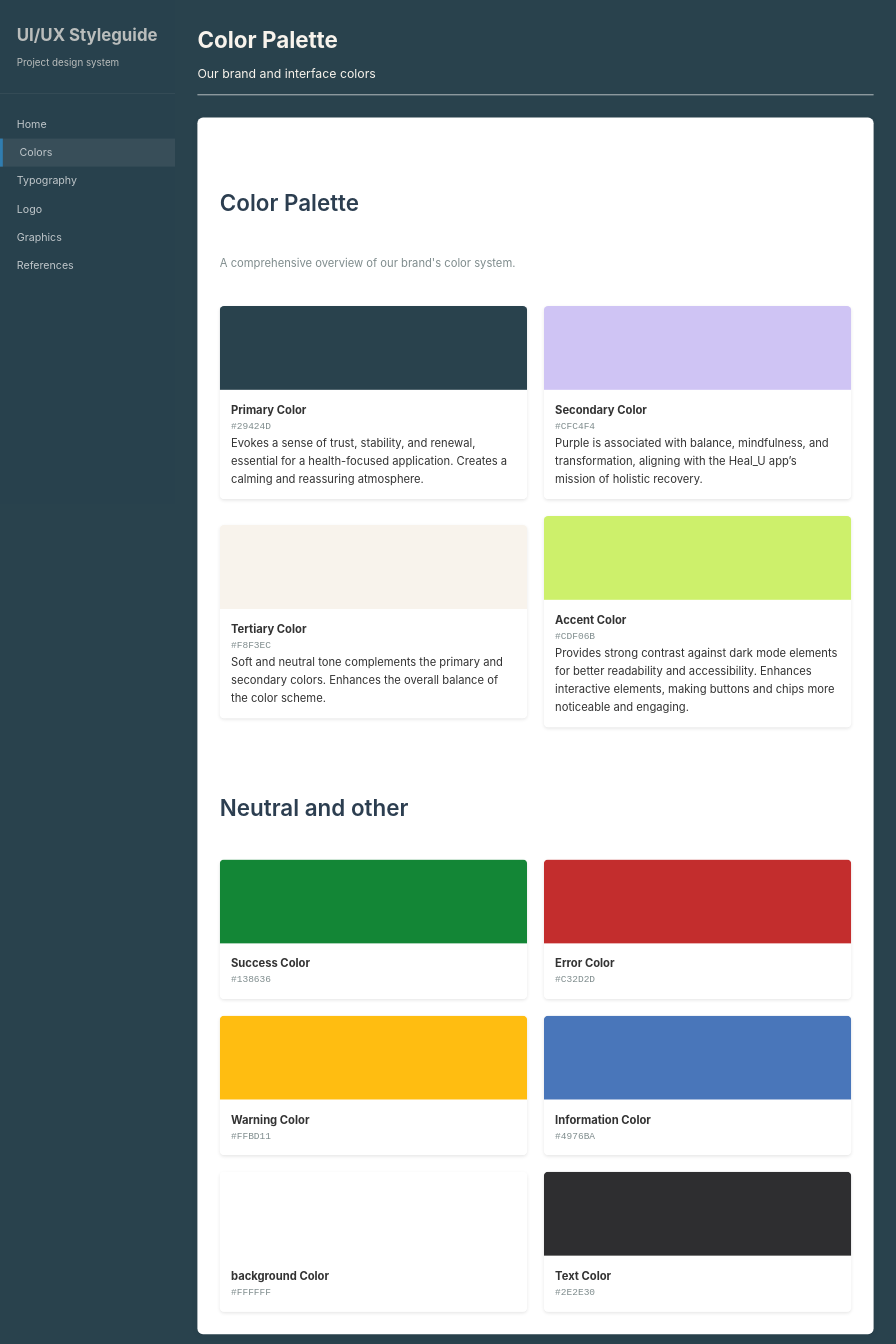
Repository: rosielee09/Heal_U
Page: colors.html
These files come from the project's save history. The page is drawn as it stood at one moment and after the next save; the edit follows.
The browser window is 1280 px wide. The pictures show the part of the page from y = 0 to 1920 px (the page is 4806 px tall before and 4901 px after), at 70% of full size.

Above is the page before, as saved 2025-04-06 10:42:11.

After the next save:
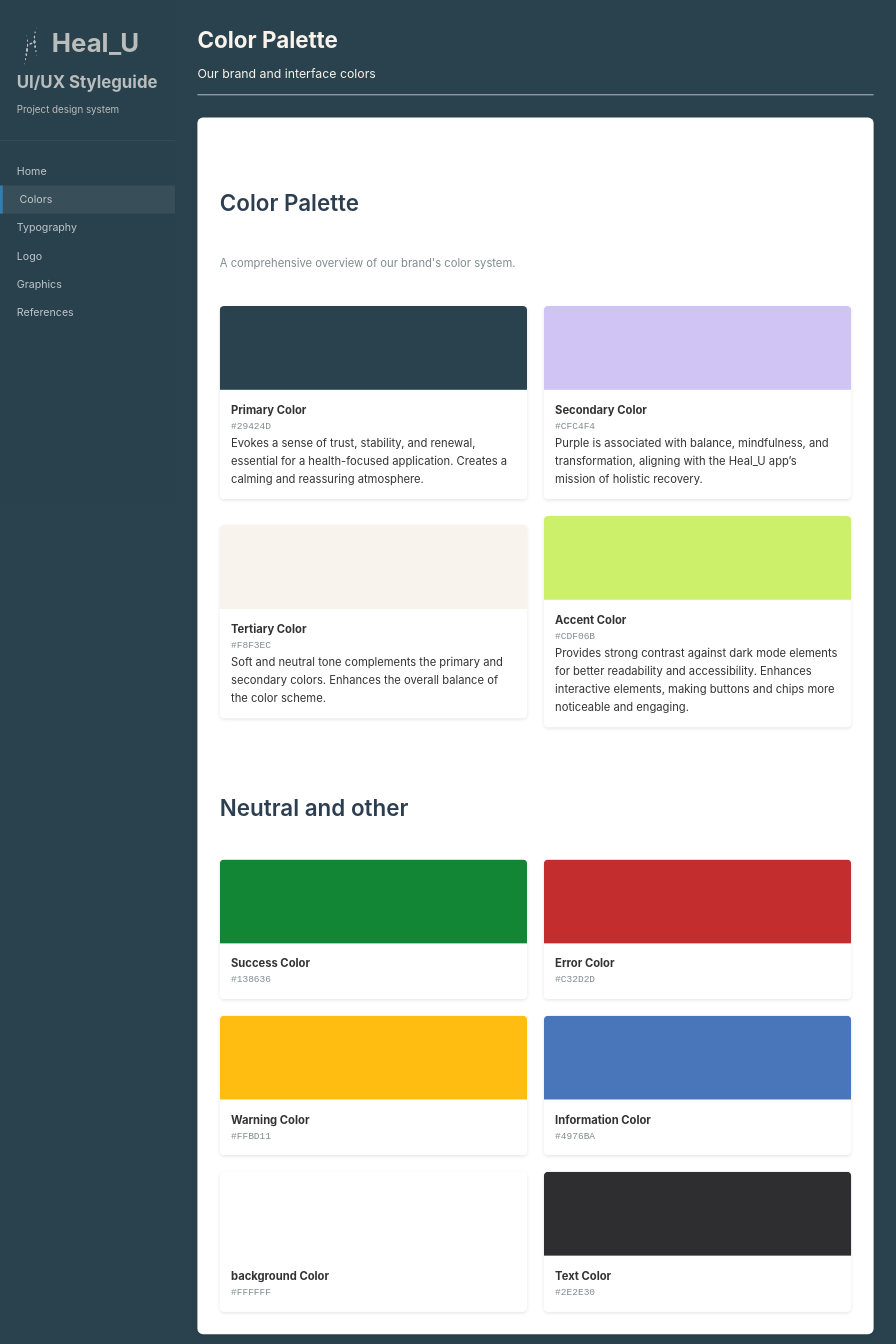
Saved 9 s later.
--- a/colors.html
+++ b/colors.html
@@ -11,6 +11,10 @@
       <!-- Sidebar Navigation -->
       <div class="sidebar">
         <div class="sidebar-header">
+            <div class="logo">
+                <img src="./img/logo/Logo - Heal U_sq_logo_light.png" alt="logo" width="40px" >
+                <p>Heal_U</p>
+            </div>
           <h1>UI/UX Styleguide</h1>
           <p>Project design system</p>
         </div>
@@ -149,7 +153,6 @@
             </div>
            </div>
        </div>
-
   <!-- SECTION 2:  Accessiblilliy -->
   <div class="component">
     <div class="component-header">
@@ -157,14 +160,14 @@
         <p class="component-description">The following image demonstrates that the color contrast meets AAA accessibility standards, ensuring optimal readability and usability for all users.</p>
     </div>
     <div class="component-section color-grid__Accessiblilliy">
-   <div class="color-item">
-    <div class="color-accessiblillity"></div>
-    <div class="color-info">
+        <div class="color-grid">
+        <div class="color-accessiblillity"></div>
+        <div class="color-info">
         <h4 class="color-title">Text Color</h4>
-        <img  class="color-accessiblillity-img" src="img/color/Accessibility1.png" alt="main">
-   </div>
-   </div>
-
+        <img class="color-accessiblillity-img" src="img/color/Accessibility1.png" alt="main">
+   </div>
+
+   </div>
    <div class="color-item">
     <div class="color-accessiblillity"></div>
     <div class="color-info">
@@ -196,7 +199,7 @@
    <div class="component">
     <div class="component-header">
         <h3 class="component-title">Example </h3>
-
+        <br>
     <div class="component-section color-grid__onlycolor">
         <div class="color-grid">
             <img class="color-example-img" src="/img/color/main.png" alt="main screen">
